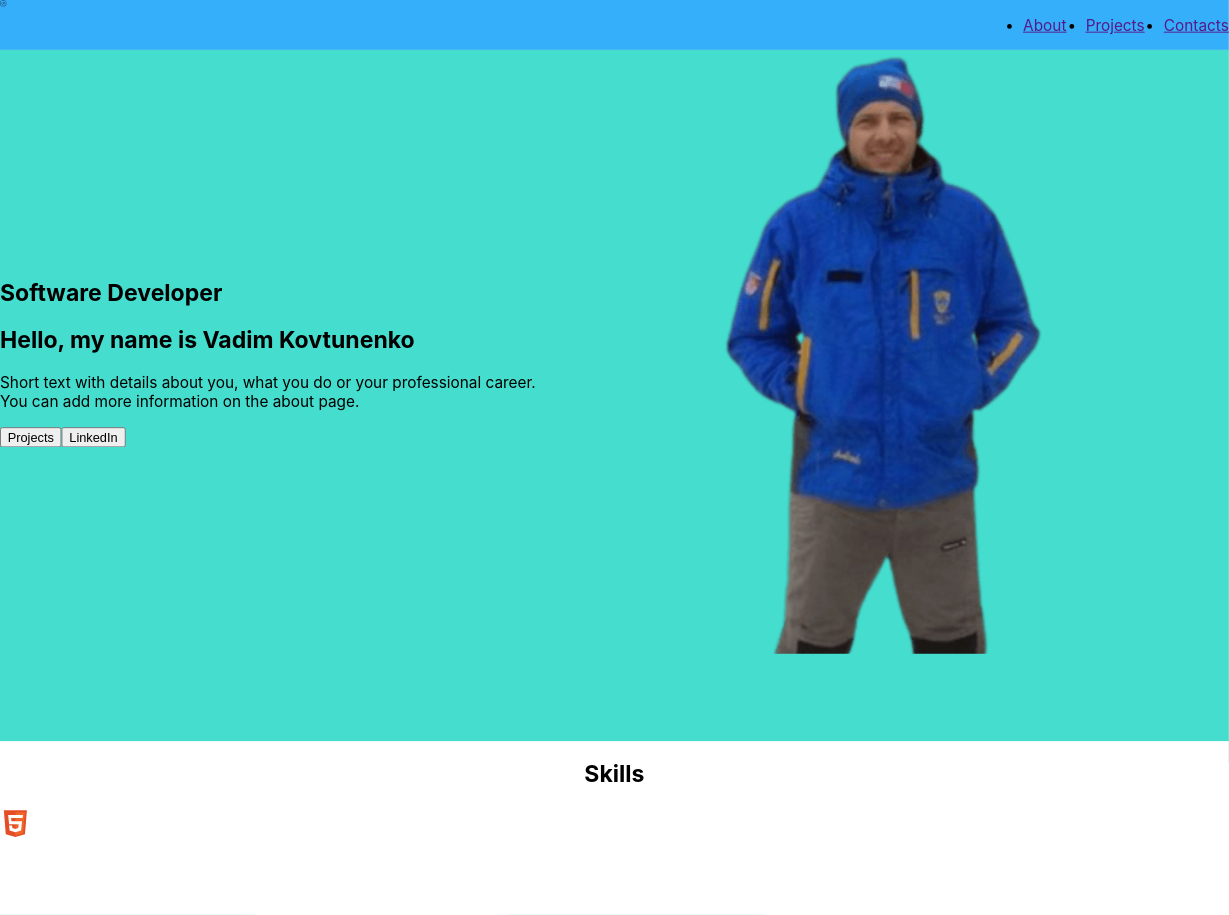
Repository: Vad197779/my-portfolio
Page: /
The author's editor kept a copy of each file at every save. The page is drawn from the files as they stood at one save, then again after a run of saves.
The browser window is 1280 px wide. The pictures show the whole page, at 96% of full size.
The project was rebuilt for these pictures with package versions that can differ from the ones it lists, and the page was loaded fresh each time. Also part of the build but not shown: src/App.css.

Above is the page before, as saved 2023-09-18 16:00:27.

After the next 2 saves:
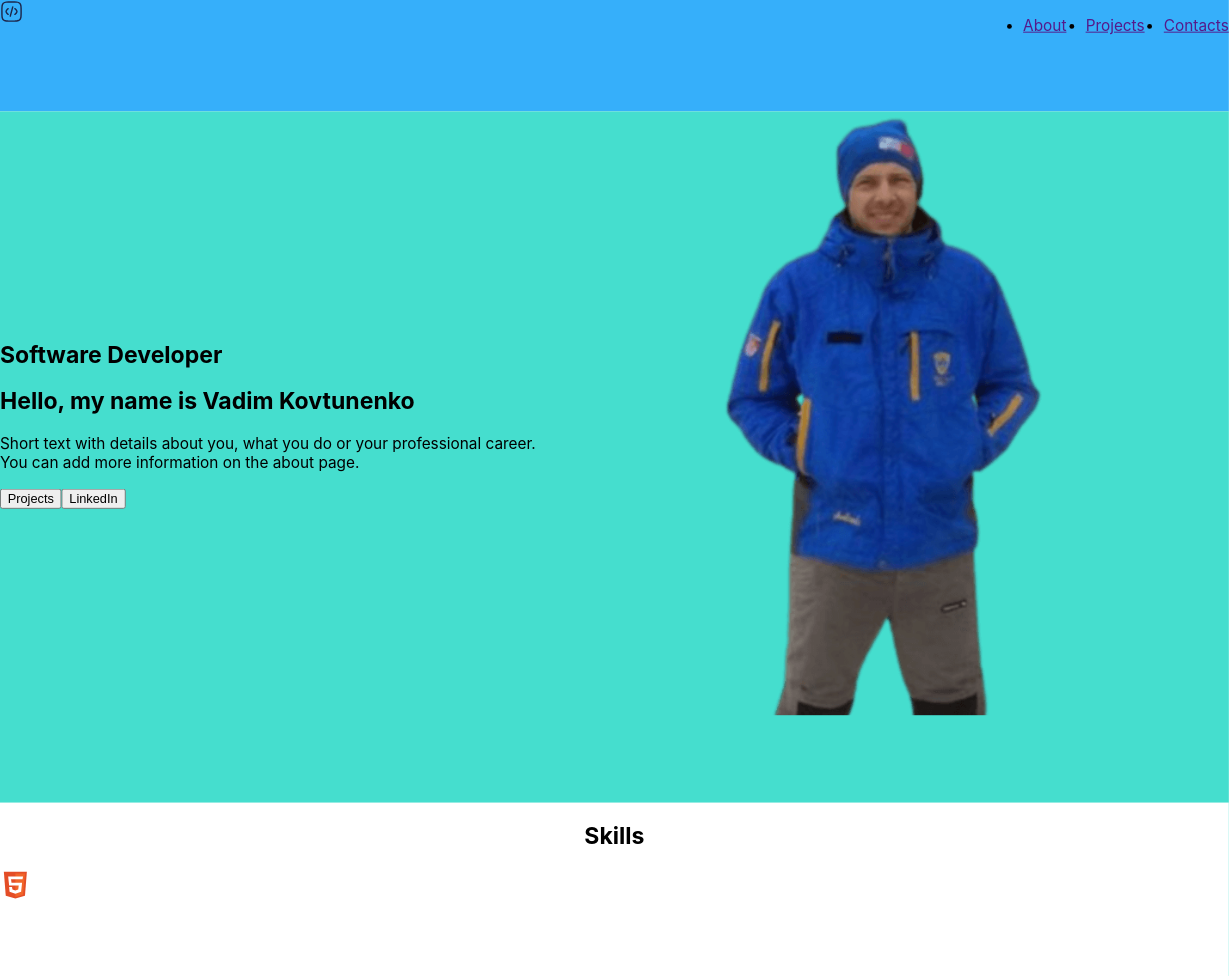
The 2 saves are shown as one change because they came seconds apart.
The last was saved 7 s later.
--- a/src/components/icon/Icon.tsx
+++ b/src/components/icon/Icon.tsx
@@ -10,7 +10,7 @@ type IconPropsType = {
 
 export const Icon = (props: IconPropsType) => {
   return (
-    <svg width={props.width || "32"} height={props.height || "32"} viewBox={props.viewBox || "0 0 112 112"} fill="none" xmlns="http://www.w3.org/2000/svg">
+    <svg width={props.width || "112"} height={props.height || "112"} viewBox={props.viewBox || "0 0 112 112"} fill="none" xmlns="http://www.w3.org/2000/svg">
       <use xlinkHref={`${iconSprite}#${props.iconId}`} />
     </svg>
   )
